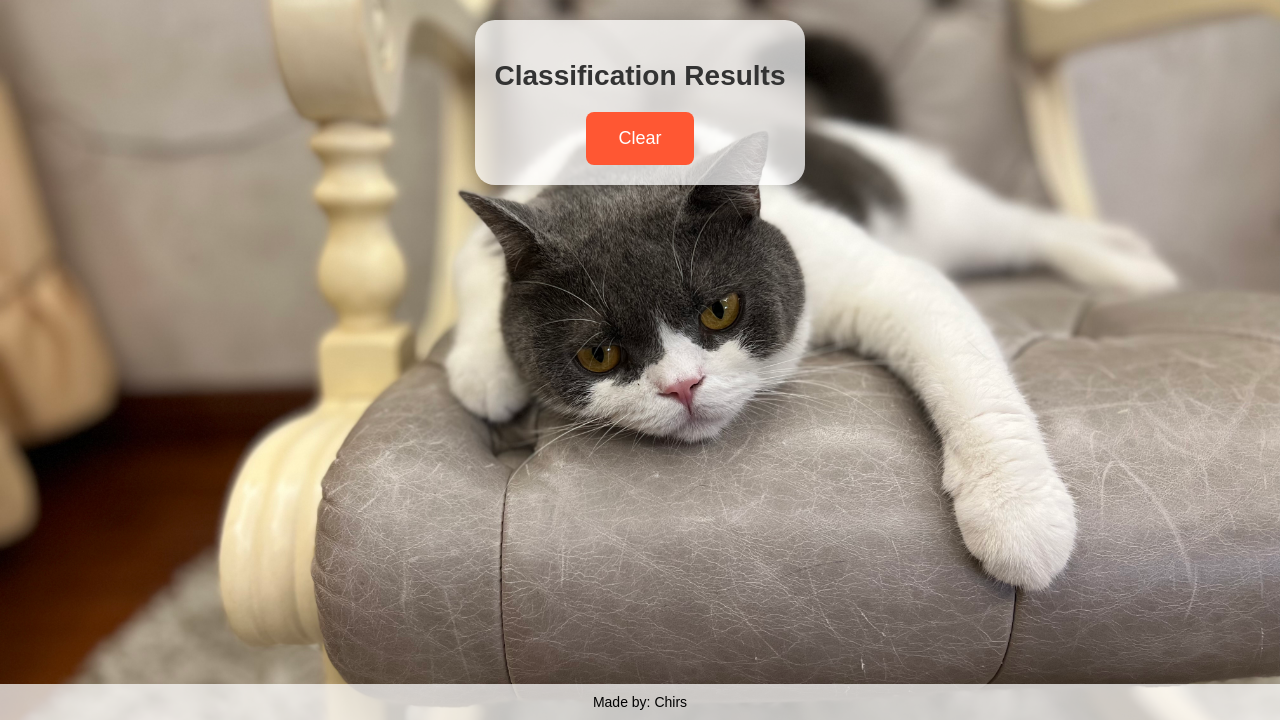
Repository: EveningStudy/CatDog_Breed_Classifier
Page: http://localhost/results
These files come from the project's save history. The page is drawn as it stood at one moment and after the next save; the edit follows.
The browser window is 1280 px wide. The pictures show the whole page.
The page is served by the project's application, run on Flask 3 (app.py).

Above is the page before, as saved 2023-09-29 12:00:34.

After the next save:
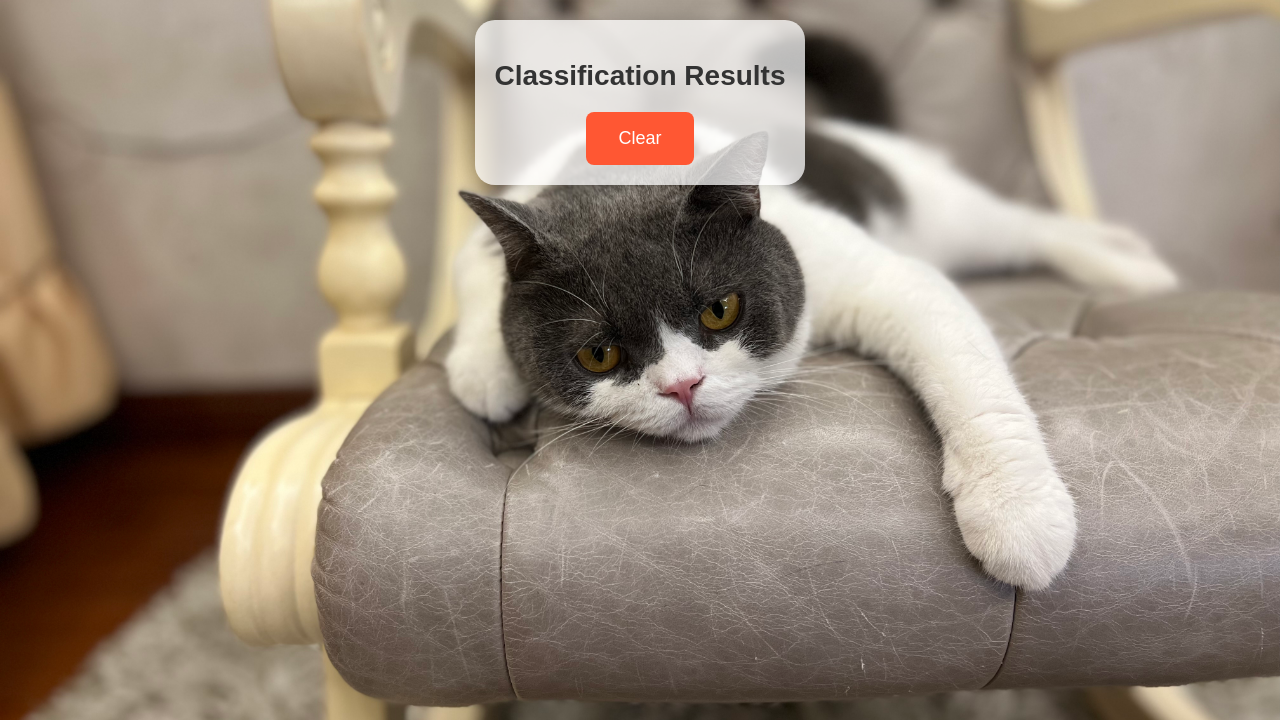
Saved 7 s later.
--- a/templates/results.html
+++ b/templates/results.html
@@ -23,10 +23,6 @@
         <form action="/clear" method="POST">
             <button class="clear-button" type="submit">Clear</button>
         </form>
-    </div>
-    <div class="footer">
-        Made by: Chirs
-    </div>
 </body>
 
 </html>
